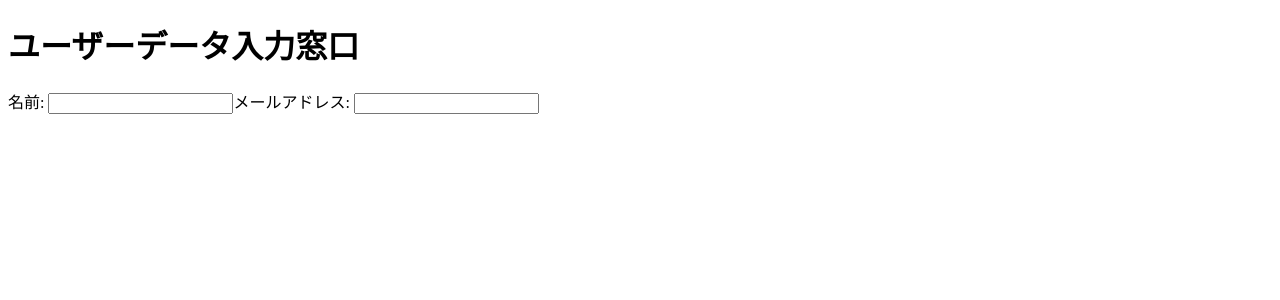
Repository: isopets/next-market
Page: form2.html
An editor plug-in stored every save of this project. The page is shown before and after the next save, followed by the edit.
The browser window is 1280 px wide. The pictures show the whole page.

Above is the page before, as saved 2022-06-08 00:51:10.

### form2.html
<!DOCTYPE html>
<html lang="en">

<head>
    <meta charset="UTF-8">
    <meta http-equiv="X-UA-Compatible" content="IE=edge">
    <meta name="viewport" content="width=device-width, initial-scale=1.0">
    <title>Document</title>
</head>

<body>
    <h1>ユーザーデータ入力窓口</h1>
    <form action="http://localhost:3000/api/user/register" method="POST">
        名前: <input type="text" name="name">メールアドレス: <input type="text" name="email">

    </form>
</body>

</html>

After the next save:
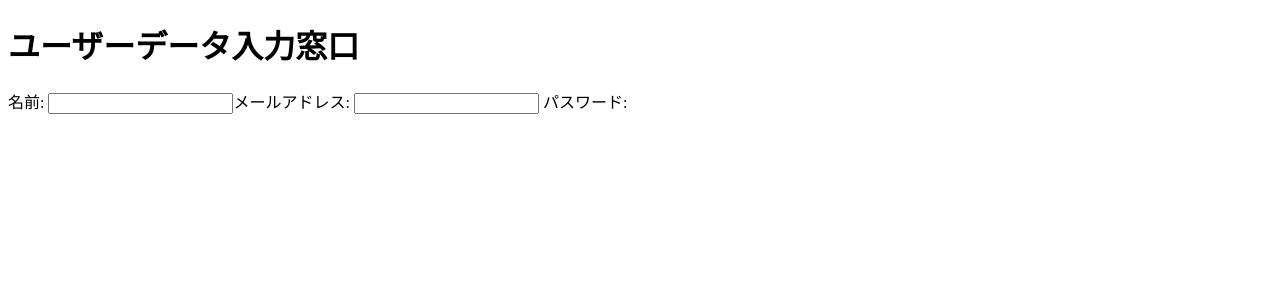
Saved 5 s later.
--- a/form2.html
+++ b/form2.html
@@ -11,8 +11,7 @@
 <body>
     <h1>ユーザーデータ入力窓口</h1>
     <form action="http://localhost:3000/api/user/register" method="POST">
-        名前: <input type="text" name="name">メールアドレス: <input type="text" name="email">
-
+        名前: <input type="text" name="name">メールアドレス: <input type="text" name="email"> パスワード:
     </form>
 </body>
 
